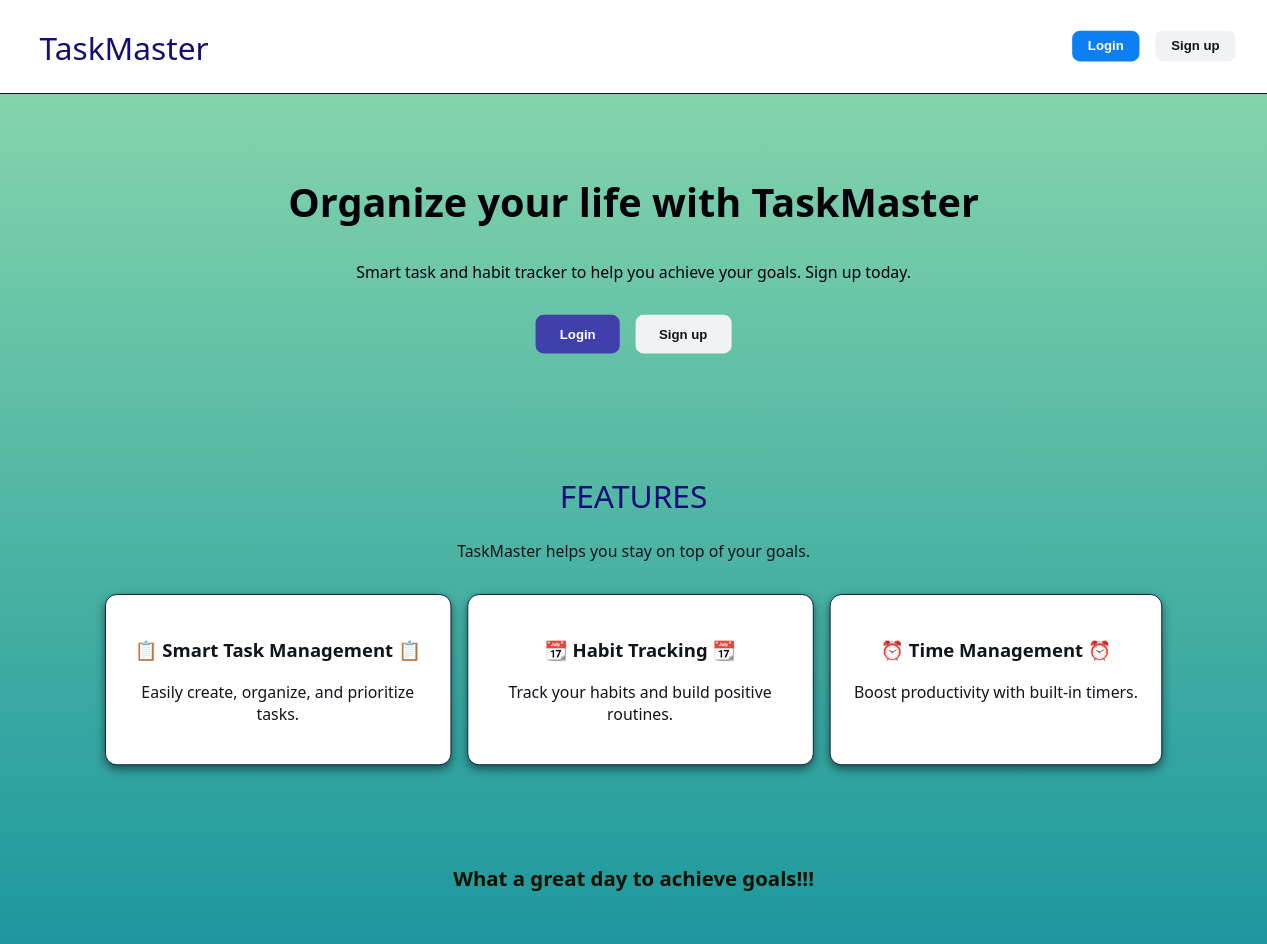
Repository: RachelB9913/smart-task-and-habit-tracker
Page: /
These files come from the project's save history. The page is drawn as it stood at one moment and after the next save; the edit follows.
The browser window is 1280 px wide. The pictures show the whole page, at 99% of full size.
The pointer rests on the first visible `.hero-actions button:first-child`.
The project was rebuilt for these pictures with package versions that can differ from the ones it lists, and the page was loaded fresh each time. Also part of the build but not shown: src/services/api.js, src/components/Login.js, src/components/Auth.css, src/components/Register.js, src/components/DashBoard.js.

Above is the page before, as saved 2025-06-18 18:52:52.

### src/App.js
import { BrowserRouter as Router, Routes, Route } from 'react-router-dom';
import Welcome from './components/welcome';
import Login from './components/Login';
import Register from './components/Register';
import Dashboard from './components/DashBoard';

function App() {
  return (
    <Router>
      <Routes>
        <Route path="/" element={<Welcome />} />
        <Route path="/login" element={<Login />} />
        <Route path="/register" element={<Register />} />
        <Route path="/dashboard" element={<Dashboard />} />
      </Routes>
    </Router>
  );
}

export default App;

### src/components/welcome.js
import { useNavigate } from 'react-router-dom';
import '../App.css'; // Or create a new Welcome.css if preferred
import { useRef, useState, useEffect } from "react";
import PageWrapper from './PageWrapper';



export default function Welcome() {
  const navigate = useNavigate();

  useEffect(() => {
    document.title = "Welcome to TaskMaster";
  }, []);

  return (
    <PageWrapper direction="down">
    <div className="welcome-root">
      <header className="welcome-header">
        <div className="logo-area">
          <svg viewBox="0 0 48 48"><path d="M6 6H42L36 24L42 42H6L12 24L6 6Z" fill="currentColor" /></svg>
          <h2>TaskMaster</h2>
        </div>
        <div className="nav-actions">
          <button onClick={() => navigate('/login')}>Login</button>
          <button onClick={() => navigate('/register')}>Sign up</button>
        </div>
      </header>

      <section className="welcome-hero">
        <h1>Organize your life with TaskMaster</h1>
        <p>Smart task and habit tracker to help you achieve your goals. Sign up today.</p>
        <div className="hero-actions">
          <button onClick={() => navigate('/login')}>Login</button>
          <button onClick={() => navigate('/register')}>Sign up</button>
        </div>
      </section>

      <section className="features">
        <h2>FEATURES</h2>
        <p>TaskMaster helps you stay on top of your goals.</p>
        <div className="feature-cards">
          <div className="feature-card">
            <h3>📋 Smart Task Management 📋</h3>
            <p>Easily create, organize, and prioritize tasks.</p>
          </div>
          <div className="feature-card">
            <h3>📆 Habit Tracking 📆</h3>
            <p>Track your habits and build positive routines.</p>
          </div>
          <div className="feature-card">
            <h3>⏰ Time Management ⏰</h3>
            <p>Boost productivity with built-in timers.</p>
          </div>
        </div>
      </section>

      <footer className="footer">
        <h3>What a great day to achieve goals!!!</h3>
      </footer>
    </div>
    </PageWrapper>
  );
}

### src/App.css
form input {
  width: 100%;
  padding: 0.75rem;
  margin-bottom: 1rem;
  border: 1px solid #ddd;
  border-radius: 0.5rem;
  font-size: 1rem;
  transition: border-color 0.2s;
}

form input:focus {
  border-color: #6366f1; /* Indigo */
  outline: none;
}

form button,
.form-container button {
  width: 100%;
  padding: 0.75rem;
  font-size: 1rem;
  color: white;
  background-color: #6d6ed0; /* Indigo */
  border: none;
  border-radius: 0.5rem;
  cursor: pointer;
  transition: background-color 0.2s;
}

form button:hover,
.form-container button:hover {
  background-color: #4f46e5; /* Darker Indigo */
}

.form-container {
  max-width: 400px;
  margin: 100px auto;
  padding: 2rem;
  background-color: white;
  border-radius: 1rem;
  box-shadow: 0 8px 20px rgba(0, 0, 0, 0.1);
  text-align: center;
}

h2 {
  margin-bottom: 1.5rem;
  color: #130e77;
  font-size: 2rem;
  font-weight: 500;

}

.welcome-root {
  font-family: 'Manrope', 'Noto Sans', sans-serif;
  background: linear-gradient(to bottom, hsl(143, 51%, 71%), #1c979e);
  color: #111418;
  min-height: 100vh;
  display: flex;
  flex-direction: column;
}

.welcome-header {
  display: flex;
  justify-content: space-between;
  align-items: center;
  padding: 0rem 2rem;
  border-bottom: 1px solid #030f21;
  background-color: rgb(255, 255, 255);
}

.logo-area {
  display: flex;
  align-items: center;
  gap: 0.5rem;
}

.nav-links, .nav-actions {
  display: flex;
  gap: 1rem;
  align-items: center;
}

.nav-links a, .footer a {
  text-decoration: none;
  font-weight: 500;
  color: #111418;
}

.nav-actions button {
  padding: 0.5rem 1rem;
  border-radius: 8px;
  border: none;
  font-weight: bold;
  cursor: pointer;
}

/* login top */
.nav-actions button:first-child {
  background: #0c7ff2;
  color: white;
}

.nav-actions button:first-child:hover {
  background: #0361bf; /* new hover color */
  color: #e3e3e3;      /* optional: change text color on hover */
}

/* sign up top */
.nav-actions button:last-child {
  background: #f0f2f5;
  color: #111418;
}

.nav-actions button:last-child:hover {
  background: #b5b8bd; /* new hover color */
  color: #0c7ff2;      /* optional: change text color on hover */
}

.welcome-hero {
  background: transparent;
  padding: 3rem 2rem;
  text-align: center;
  color: rgb(1, 0, 9);
}

.welcome-hero h1 {
  font-size: 2.5rem;
  font-weight: 800;
}

.hero-actions {
  margin-top: 2rem;
  display: flex;
  justify-content: center;
  gap: 1rem;
}

.hero-actions button {
  padding: 0.75rem 1.5rem;
  font-weight: bold;
  border-radius: 8px;
  border: none;
  cursor: pointer;
}

.hero-actions button:first-child {
  background-color: #0c7ff2;
  color: white;
}

.hero-actions button:first-child:hover {
  background-color: #413fa9;
  color: white;
}

.hero-actions button:last-child {
  background-color: #f0f2f5;
  color: #111418;
}

.hero-actions button:last-child:hover {
  background-color: #f0f2f5;
  color: #111418;
  border: #0d1101 1px solid;
}

.features {
  padding: 3rem 2rem;
  text-align: center;
}

.feature-cards {
  display: flex;
  gap: 1rem;
  flex-wrap: wrap;
  justify-content: center;
  margin-top: 2rem;
}

.feature-card {
  background: white;
  padding: 1.5rem;
  border-radius: 12px;
  border: 1px solid #052246;
  max-width: 300px;
  text-align: left;
  text-align: center;
  box-shadow: 0 4px 10px rgba(0, 0, 0, 0.5);

}

.footer {
  text-align: center;
  padding: 2rem;
  font-size: 1.1rem;
  color: #0d1101;
}

.register-background {
  background: linear-gradient(to left top, hsl(143, 51%, 71%), #1c979e);
  min-height: 100vh;
  display: flex;
  align-items: center;
  justify-content: center;
}

.login-background {
  background: linear-gradient(to right bottom, hsl(143, 51%, 71%), #1c979e);
  min-height: 100vh;
  display: flex;
  align-items: center;
  justify-content: center;
}

### src/components/PageWrapper.js
// src/components/PageWrapper.js
import { motion } from 'framer-motion';

export default function PageWrapper({ children, direction = 'left' }) {
  const variants = {
    initial: {
      x: direction === 'left' ? '-100vw' :
         direction === 'right' ? '100vw' : 0,
      y: direction === 'down' ? '-100vh' : 0,
      opacity: 0,
    },
    animate: {
      x: 0,
      y: 0,
      opacity: 1,
      transition: { type: 'spring', stiffness: 60, damping: 20 },
    },
    exit: {
      x: direction === 'left' ? '100vw' :
         direction === 'right' ? '-100vw' : 0,
      y: direction === 'down' ? '100vh' : 0,
      opacity: 0,
      transition: { duration: 0.3 },
    },
  };

  return (
    <motion.div
      initial="initial"
      animate="animate"
      exit="exit"
      variants={variants}
      style={{ width: '100%' }}
    >
      {children}
    </motion.div>
  );
}

Loaded but not shown: public/index.html (common file); src/index.js (common file); src/index.css (common file); src/reportWebVitals.js (common file); public/manifest.json (common file)

After the next save:
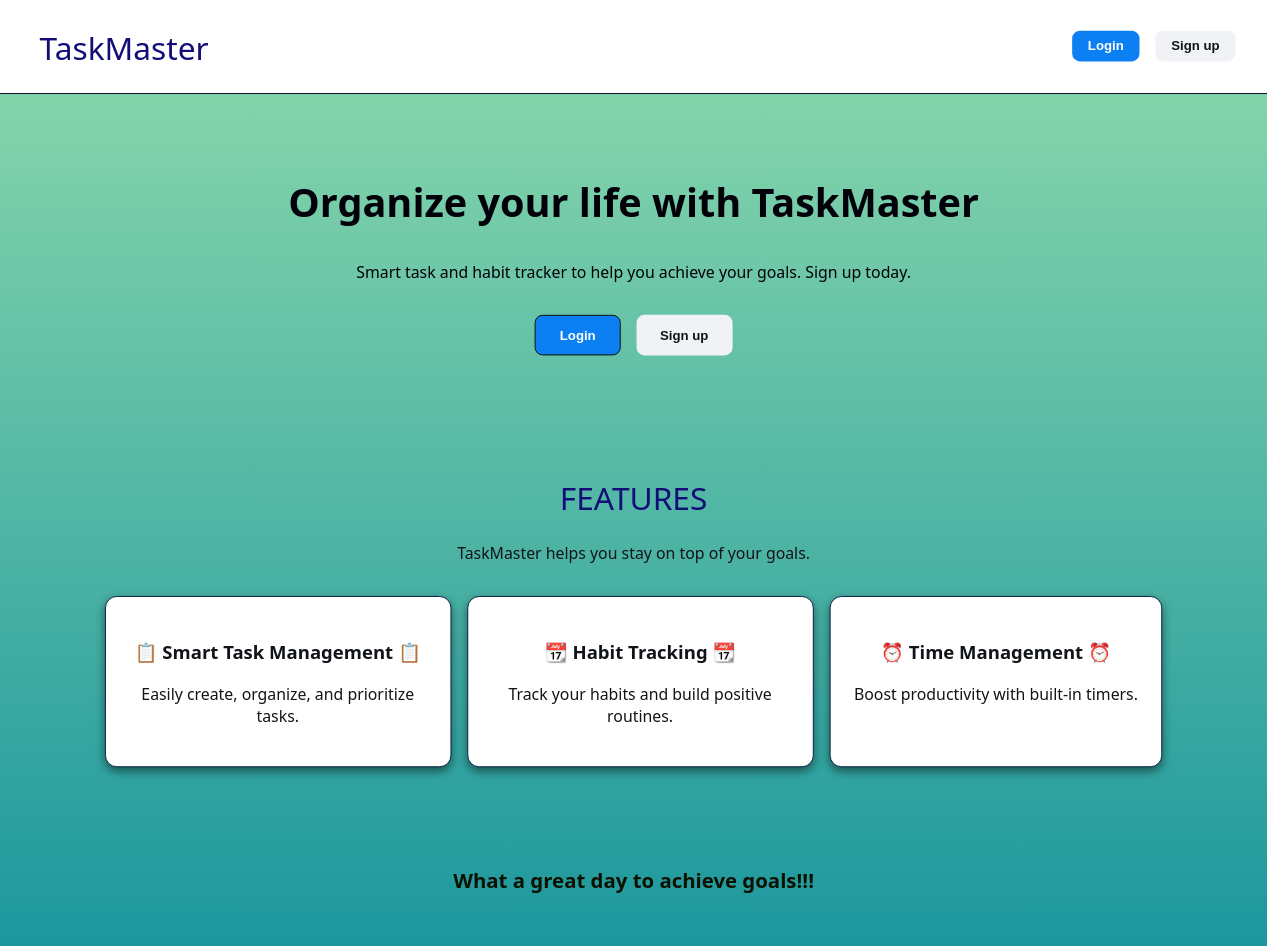
Saved 21 s later.
--- a/src/App.css
+++ b/src/App.css
@@ -148,13 +148,15 @@ h2 {
 }
 
 .hero-actions button:first-child:hover {
-  background-color: #413fa9;
-  color: white;
+  background-color: #0c7ff2;
+  color: white;
+  border: #0d1101 1px solid;
 }
 
 .hero-actions button:last-child {
   background-color: #f0f2f5;
   color: #111418;
+
 }
 
 .hero-actions button:last-child:hover {
